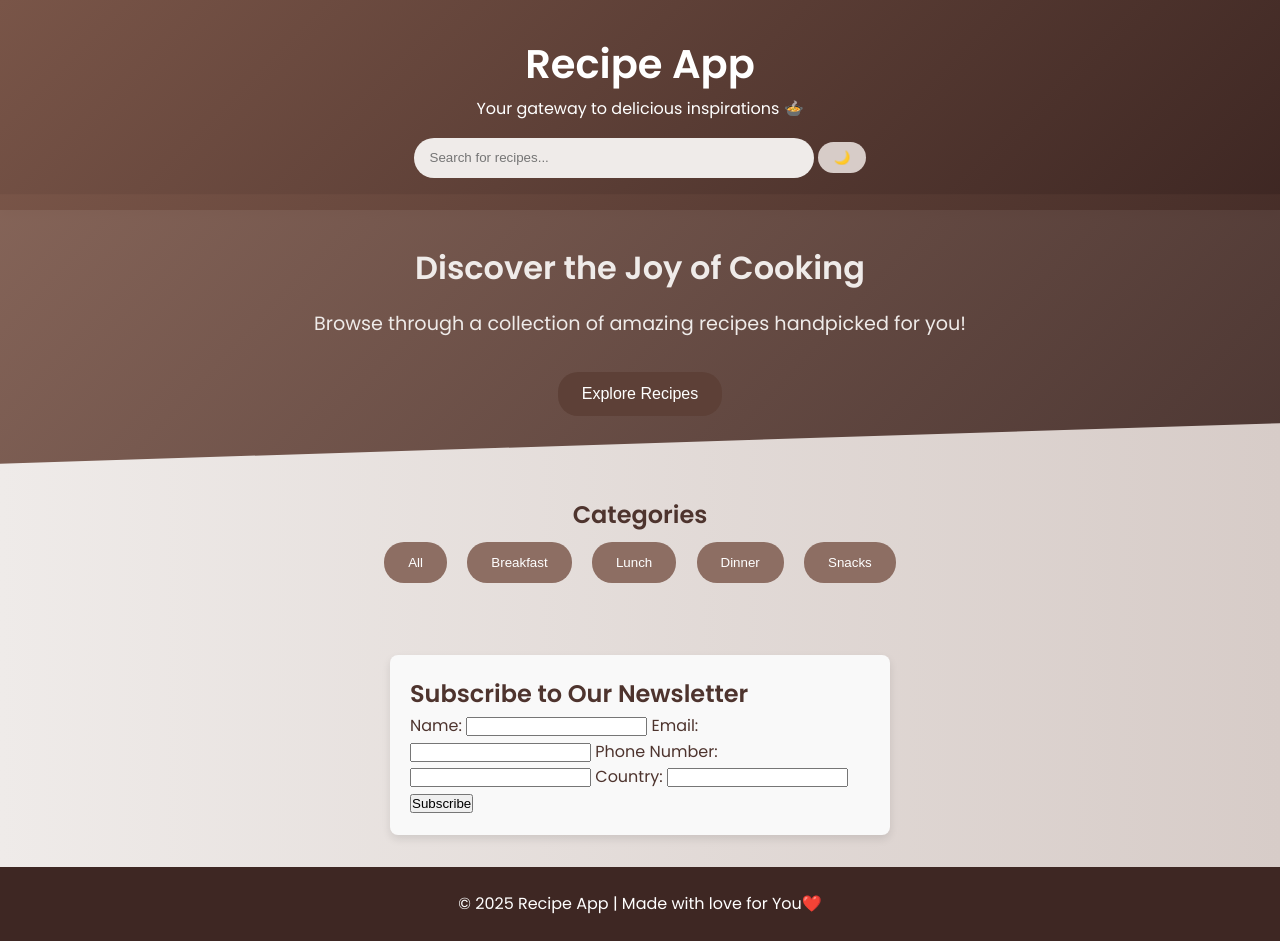
Repository: Patience225/recipe-app
Page: index.html
An editor plug-in stored every save of this project. The page is shown before and after the next save, followed by the edit.
The browser window is 1280 px wide. The pictures show the whole page.

Above is the page before, as saved 2025-01-30 03:41:10.
Console error: TypeError: Cannot read properties of null (reading 'addEventListener')

### index.html
<!DOCTYPE html>
<html lang="en">
<head>
  <meta charset="UTF-8">
  <meta name="viewport" content="width=device-width, initial-scale=1.0">
  <title>Recipe App</title>
  <link href="https://fonts.googleapis.com/css2?family=Poppins:wght@400;600&display=swap" rel="stylesheet">
  <link rel="stylesheet" href="styles.css">
  <link rel="icon" href="images/favicon-logo-recipe.png" type="image/png">
</head>
<body>
  <header>
    <h1>Recipe App</h1>
    <p>Your gateway to delicious inspirations 🍲</p>
    <input type="text" id="search" placeholder="Search for recipes...">
    <button id="theme-toggle">🌙</button>
  </header>

  <section class="hero">
    <h2>Discover the Joy of Cooking</h2>
    <p>Browse through a collection of amazing recipes handpicked for you!</p>
    <button id="explore-btn">Explore Recipes</button>
  </section>

  <section id="categories">
    <h2>Categories</h2>
    <div class="category-buttons">
      <button data-category="All">All</button>
      <button data-category="Breakfast">Breakfast</button>
      <button data-category="Lunch">Lunch</button>
      <button data-category="Dinner">Dinner</button>
      <button data-category="Snacks">Snacks</button>
    </div>
  </section>

  <section id="recipe-list"></section>

  <div id="recipe-modal" class="modal">
    <div class="modal-content">
      <span class="close-btn">&times;</span>
      <h2 id="modal-title">Click on a Recipe to View...</h2>
      <img id="modal-image" src="" alt="">
      <h3>Ingredients:</h3>
      <ul id="modal-ingredients"></ul>
      <h3>Preparation Steps:</h3>
      <ol id="modal-preparation"></ol>
    </div>
  </div>

  <div id="recipe-form-container">
    <h2>Subscribe to Our Newsletter</h2>
      <label for="user-name">Name:</label>
      <input type="text" id="user-name" required>

      <label for="user-email">Email:</label>
      <input type="email" id="user-email" required>

      <label for="user-phone">Phone Number:</label>
      <input type="tel" id="user-phone" required>

      <label for="user-country">Country:</label>
      <input type="text" id="user-country" required>

      <button type="submit">Subscribe</button>
    </form>
  </div>

  <footer>
    <p>&copy; 2025 Recipe App | Made with love for You❤️</p>
  </footer>

  <script src="script.js"></script>
  <script>
    if ("serviceWorker" in navigator) {
      window.addEventListener("load", () => {
        navigator.serviceWorker.register("/sw.js").then(
          (registration) => {
            console.log("Service Worker registered with scope:", registration.scope);
          },
          (error) => {
            console.log("Service Worker registration failed:", error);
          }
        );
      });
    }
  </script>
</body>
</html>

### styles.css
* {
  margin: 0;
  padding: 0;
  box-sizing: border-box;
}

body {
  font-family: 'Poppins', sans-serif;
  background: linear-gradient(to right, #efebe9, #d7ccc8);
  color: #4e342e;
  line-height: 1.6;
}

header {
  background: linear-gradient(135deg, #795548, #3e2723);
  text-align: center;
  color: #fff;
  padding: 2rem;
  box-shadow: 0 4px 10px rgba(0, 0, 0, 0.1);
}

header h1 {
  font-size: 2.5rem;
  font-weight: 600;
}

header input {
  margin-top: 1rem;
  padding: 0.8rem 1rem;
  border-radius: 20px;
  border: none;
  outline: none;
  width: 80%;
  max-width: 400px;
  background: #efebe9;
  color: #4e342e;
}

header #theme-toggle {
  margin-top: 1rem;
  padding: 0.5rem 1rem;
  border: none;
  background: #d7ccc8;
  color: #3e2723;
  border-radius: 20px;
  cursor: pointer;
}

.hero {
  background: linear-gradient(135deg, rgba(121, 85, 72, 0.9), rgba(62, 39, 35, 0.9));
  color: #efebe9;
  text-align: center;
  padding: 3rem 2rem;
  margin-top: -1rem;
  clip-path: polygon(0 0, 100% 0, 100% 85%, 0 100%);
}

.hero h2 {
  font-size: 2rem;
  margin-bottom: 1rem;
}

.hero p {
  font-size: 1.2rem;
  margin-bottom: 2rem;
}

.hero button {
  padding: 0.8rem 1.5rem;
  background-color: #5d4037;
  color: white;
  border: none;
  border-radius: 20px;
  font-size: 1rem;
  cursor: pointer;
}

.hero button:hover {
  background-color: #4e342e;
}

#categories {
  margin: 2rem auto;
  text-align: center;
}

.category-buttons button {
  margin: 0.5rem;
  padding: 0.8rem 1.5rem;
  background-color: #8d6e63;
  color: white;
  border: none;
  border-radius: 20px;
  cursor: pointer;
}

.category-buttons button:hover {
  background-color: #6d4c41;
}

#recipe-list {
  display: grid;
  grid-template-columns: repeat(auto-fill, minmax(250px, 1fr));
  gap: 1.5rem;
  margin: 2rem;
}

.recipe-card {
  background: rgba(236, 224, 216, 0.8);
  backdrop-filter: blur(10px);
  border-radius: 15px;
  box-shadow: 0 8px 15px rgba(0, 0, 0, 0.1);
  transition: transform 0.3s;
  overflow: hidden;
}

.recipe-card img {
  width: 100%;
  height: 150px;
  object-fit: cover;
}

.recipe-card h3 {
  padding: 1rem;
  font-size: 1.2rem;
  color: #4e342e;
}

.recipe-card:hover {
  transform: scale(1.05);
}

footer {
  text-align: center;
  padding: 1.5rem;
  background: #3e2723;
  color: white;
  margin-top: 2rem;
}

body.dark-theme {
  background: #212121;
  color: white;
}

body.dark-theme header {
  background: linear-gradient(135deg, #4e342e, #3e2723);
}

body.dark-theme .hero {
  background: linear-gradient(135deg, rgba(62, 39, 35, 0.9), rgba(33, 33, 33, 0.9));
}

body.dark-theme .recipe-card {
  background: rgba(62, 39, 35, 0.8);
}

body.dark-theme footer {
  background: #3e2723;
}

#recipe-form-container {
  max-width: 500px;
  margin: 0 auto;
  padding: 20px;
  background-color: #f9f9f9;
  border-radius: 8px;
  box-shadow: 0 4px 8px rgba(0, 0, 0, 0.1);
}

#recipe-form label {
  display: block;
  margin-bottom: 8px;
  font-weight: 600;
}

#recipe-form input,
#recipe-form select,
#recipe-form button {
  width: 100%;
  padding: 10px;
  margin-bottom: 15px;
  border: 1px solid #ccc;
  border-radius: 4px;
  font-size: 16px;
}

#recipe-form button {
  background-color: #4e342e;
  color: #fff;
  border: none;
  cursor: pointer;
  transition: background-color 0.3s ease;
}

#recipe-form button:hover {
  background-color: #4e342e;
}


#recipe-form {
  display: flex;
  flex-direction: column;
  gap: 10px;
}

/* Modal styling */
.modal {
  display: none;
  position: fixed;
  z-index: 1;
  left: 0;
  top: 0;
  width: 100%;
  height: 100%;
  overflow: auto;
  background-color: rgba(0, 0, 0, 0.5);
}

.modal-content {
  background-color: #fefefe;
  margin: 10% auto;
  padding: 20px;
  border: 1px solid #888;
  width: 80%;
  max-width: 600px;
  border-radius: 8px;
}

.close-btn {
  color: #aaa;
  float: right;
  font-size: 28px;
  font-weight: bold;
}

.close-btn:hover,
.close-btn:focus {
  color: black;
  text-decoration: none;
  cursor: pointer;
}

#modal-image {
  width: 100%;
  height: auto;
  margin-bottom: 20px;
}

h3 {
  margin-top: 20px;
}

ul, ol {
  margin-left: 20px;
}

Loaded but not shown: script.js (624 lines, source omitted)

After the next save:
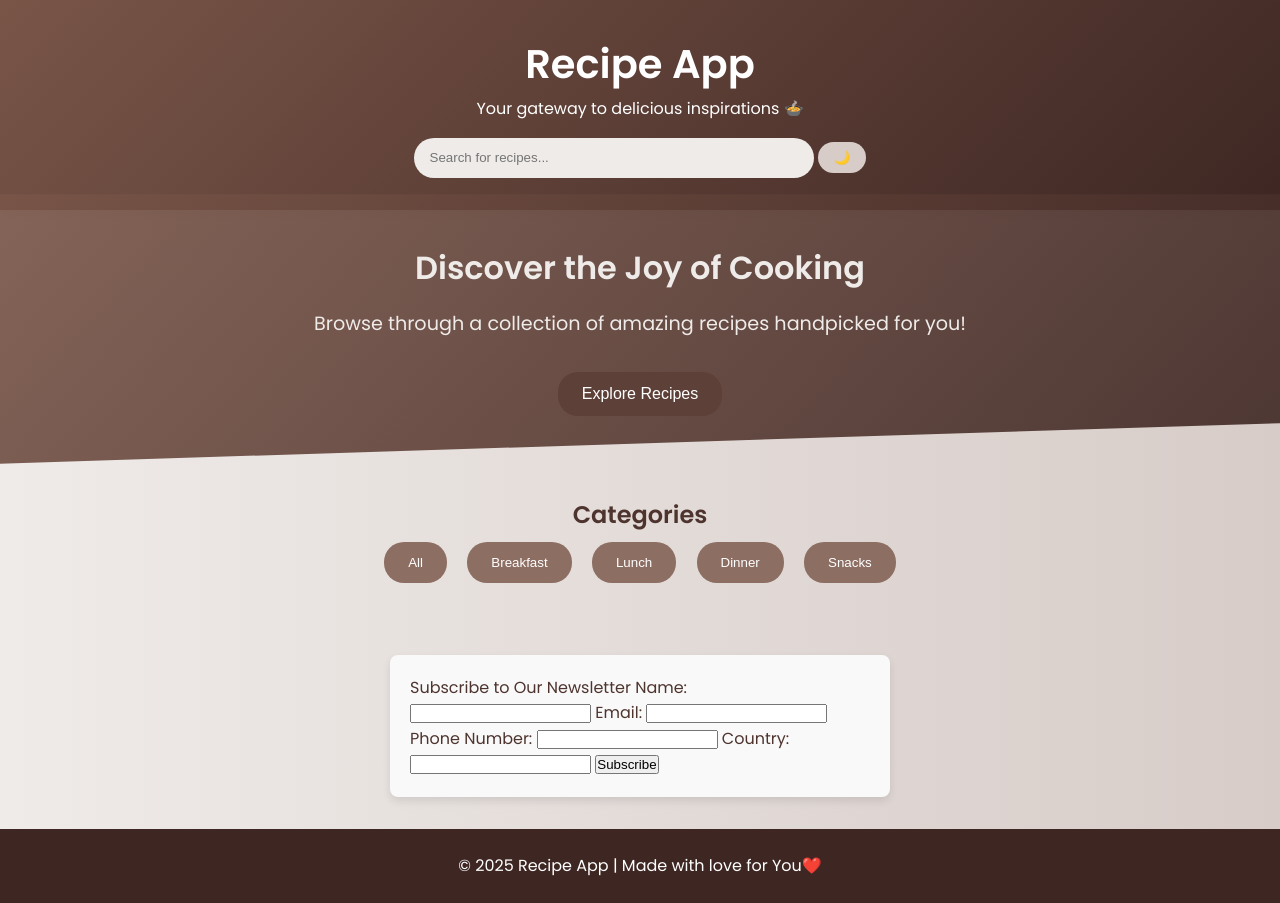
Saved 31 s later.
--- a/index.html
+++ b/index.html
@@ -48,7 +48,7 @@
   </div>
 
   <div id="recipe-form-container">
-    <h2>Subscribe to Our Newsletter</h2>
+    <h>Subscribe to Our Newsletter</h>
       <label for="user-name">Name:</label>
       <input type="text" id="user-name" required>
 
